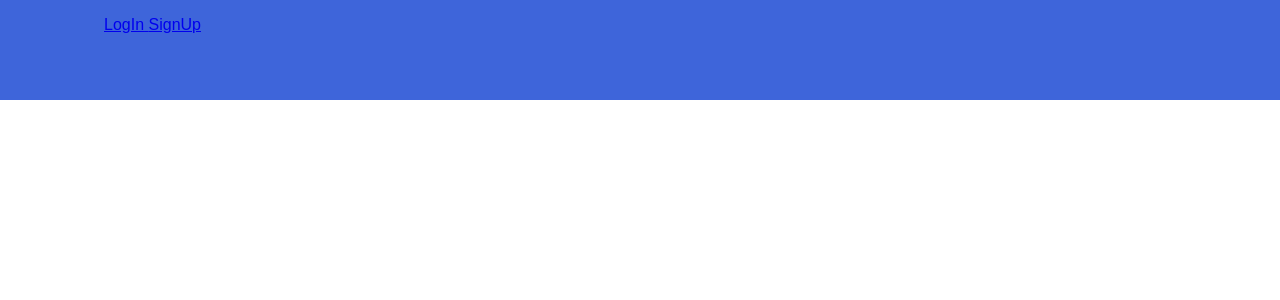
Repository: Fariaddd/New-CA-
Page: index.html
These files come from the project's save history. The page is drawn as it stood at one moment and after the next save; the edit follows.
The browser window is 1280 px wide. The pictures show the whole page.

Above is the page before, as saved 2021-11-13 20:23:27.

### index.html
<!DOCTYPE html>
<html lang="en">
  <head>
    <meta charset="UTF-8" />
    <meta http-equiv="X-UA-Compatible" content="IE=edge" />
    <meta name="viewport" content="width=device-width, initial-scale=1.0" />
    <title>Homepage</title>
    <link rel="stylesheet" href="./css/styles.css" />
  </head>
  <body>
    <header>
      <nav>
        <input id="nav-toggle" type="checkbox" />
        <div class="logo">MINZ<strong>CODE</strong></div>
        <ul class="links">
          <li><a href="index.html">Home</a></li>
          <li><a href="allgames.html">AllGames</a></li>
          <li><a href="about.html">About</a></li>
          <li><a href="contact.html">Contact</a></li>
        </ul>
        <label for="nav-toggle" class="icon-burger">
          <div class="line"></div>
          <div class="line"></div>
          <div class="line"></div>
        </label>
      </nav>
      <nav>
        <ul class="nav_link">
          <a class="cta" href="login.html"><buttonm>LogIn</buttonm>
          <a class="cta" href="signup.html"><buttonm>SignUp</buttonm>

      </nav>
    </header>
  </body>
</html>

### css/styles.css
body {
  padding: 0;
  margin: 0;
}
.container {
  position: relative;
  margin-top: 100px;
}
.container img {
  display: block;
  width: 100%;
}

nav {
  position: fixed;
  z-index: 10;
  left: 0;
  right: 0;
  top: 0;
  font-family: "Montserrat", sans-serif;
  padding: 0 5%;
  height: 100px;
  background-color: #3e65da;
}
nav .logo {
  float: left;
  width: 40%;
  height: 100%;
  display: flex;
  align-items: center;
  font-size: 24px;
  color: #fff;
}
nav .links {
  float: center;
  padding: 0;
  margin: 0;
  width: 100px;
  height: 100%;
  display: flex;
  justify-content: space-around;
  align-items: center;
}
nav .links li {
  list-style: none;
}
nav .links a {
  display: block;
  padding: 1em;
  font-size: 16px;
  font-weight: bold;
  color: #fff;
  text-decoration: none;
}
#nav-toggle {
  position: absolute;
  top: -100px;
}
nav .icon-burger {
  display: none;
  position: absolute;
  right: 5%;
  top: 50%;
  transform: translateY(-50%);
}
nav .icon-burger .line {
  width: 30px;
  height: 5px;
  background-color: #fff;
  margin: 5px;
  border-radius: 3px;
  transition: all 0.3s ease-in-out;
}
@media screen and (max-width: 768px) {
  nav .logo {
    float: none;
    width: auto;
    justify-content: center;
  }
  nav .links {
    float: none;
    position: fixed;
    z-index: 9;
    left: 0;
    right: 0;
    top: 100px;
    bottom: 100%;
    width: auto;
    height: auto;
    flex-direction: column;
    justify-content: space-evenly;
    background-color: rgba(0, 0, 0, 0.8);
    overflow: hidden;
    box-sizing: border-box;
    transition: all 0.5s ease-in-out;
  }
  nav .links a {
    font-size: 20px;
  }
  nav :checked ~ .links {
    bottom: 0;
  }
  nav .icon-burger {
    display: block;
  }
  nav :checked ~ .icon-burger .line:nth-child(1) {
    transform: translateY(10px) rotate(225deg);
  }
  nav :checked ~ .icon-burger .line:nth-child(3) {
    transform: translateY(-10px) rotate(-225deg);
  }
  nav :checked ~ .icon-burger .line:nth-child(2) {
    opacity: 0;
  }
}

.youtube-link {
  position: fixed;
  left: 20px;
  bottom: 20px;
  color: #000;
  text-decoration: none;
  font-size: 12px;
}

After the next save:
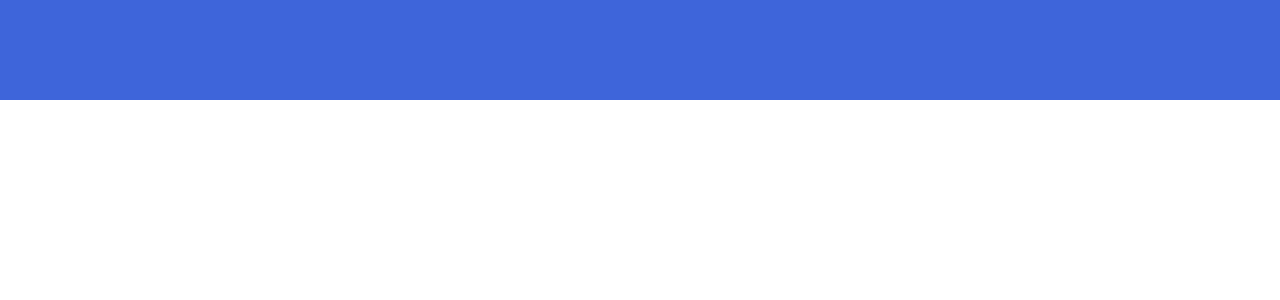
Saved 7 s later.
--- a/index.html
+++ b/index.html
@@ -25,11 +25,7 @@
         </label>
       </nav>
       <nav>
-        <ul class="nav_link">
-          <a class="cta" href="login.html"><buttonm>LogIn</buttonm>
-          <a class="cta" href="signup.html"><buttonm>SignUp</buttonm>
 
-      </nav>
     </header>
   </body>
 </html>
